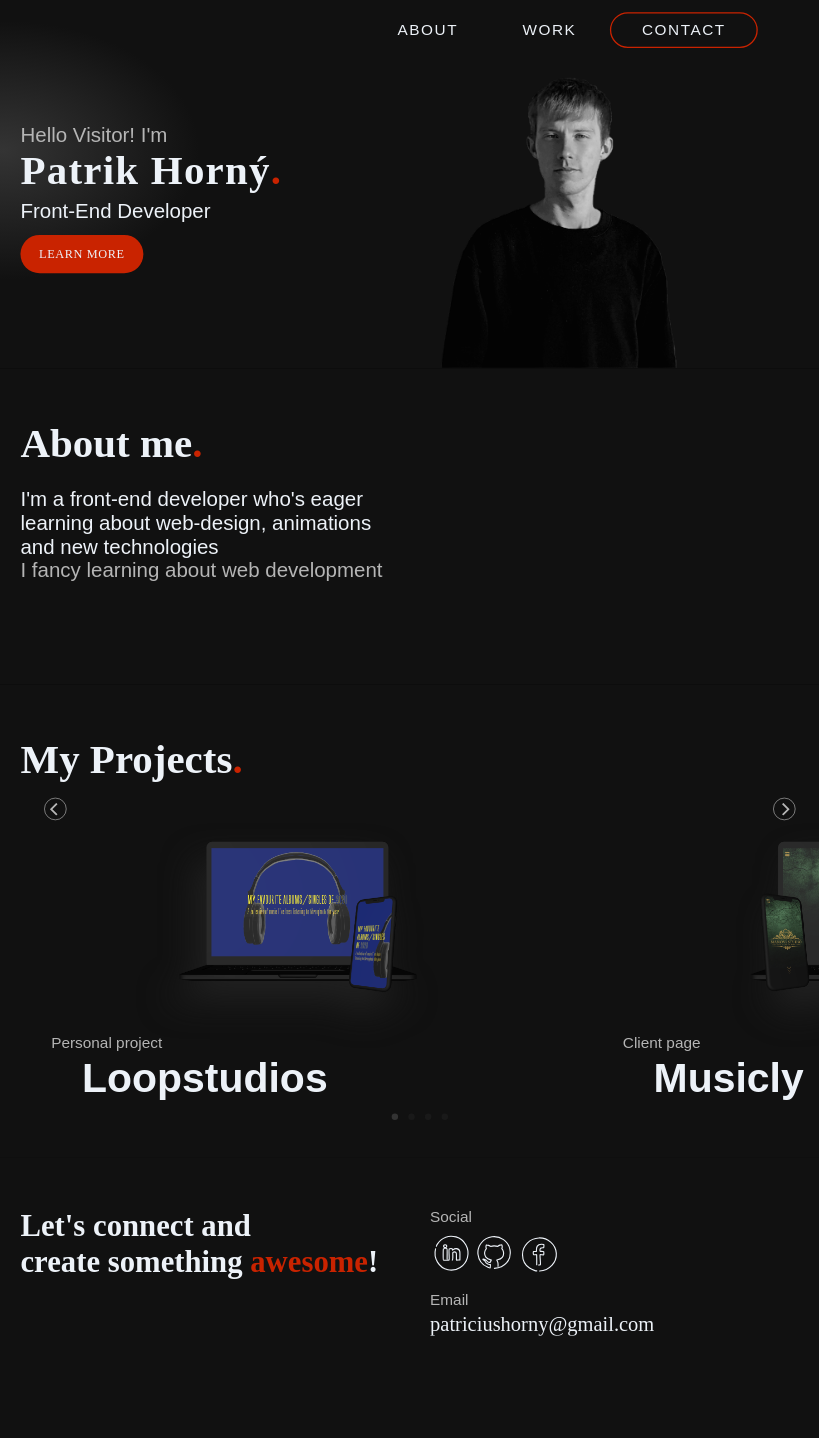
Repository: Spreceriany/portfolio
Page: index.html
An editor plug-in stored every save of this project. The page is shown before and after the next save, followed by the edit.
The browser window is 1280 px wide. The pictures show the whole page, at 64% of full size.
Some web fonts or font styles are not loaded; a fallback is used. The style sheet was rebuilt from its Sass, Less or Tailwind sources for each picture, by a compiler version that may differ from the author's.

Above is the page before, as saved 2021-03-11 15:48:25.

After the next save:
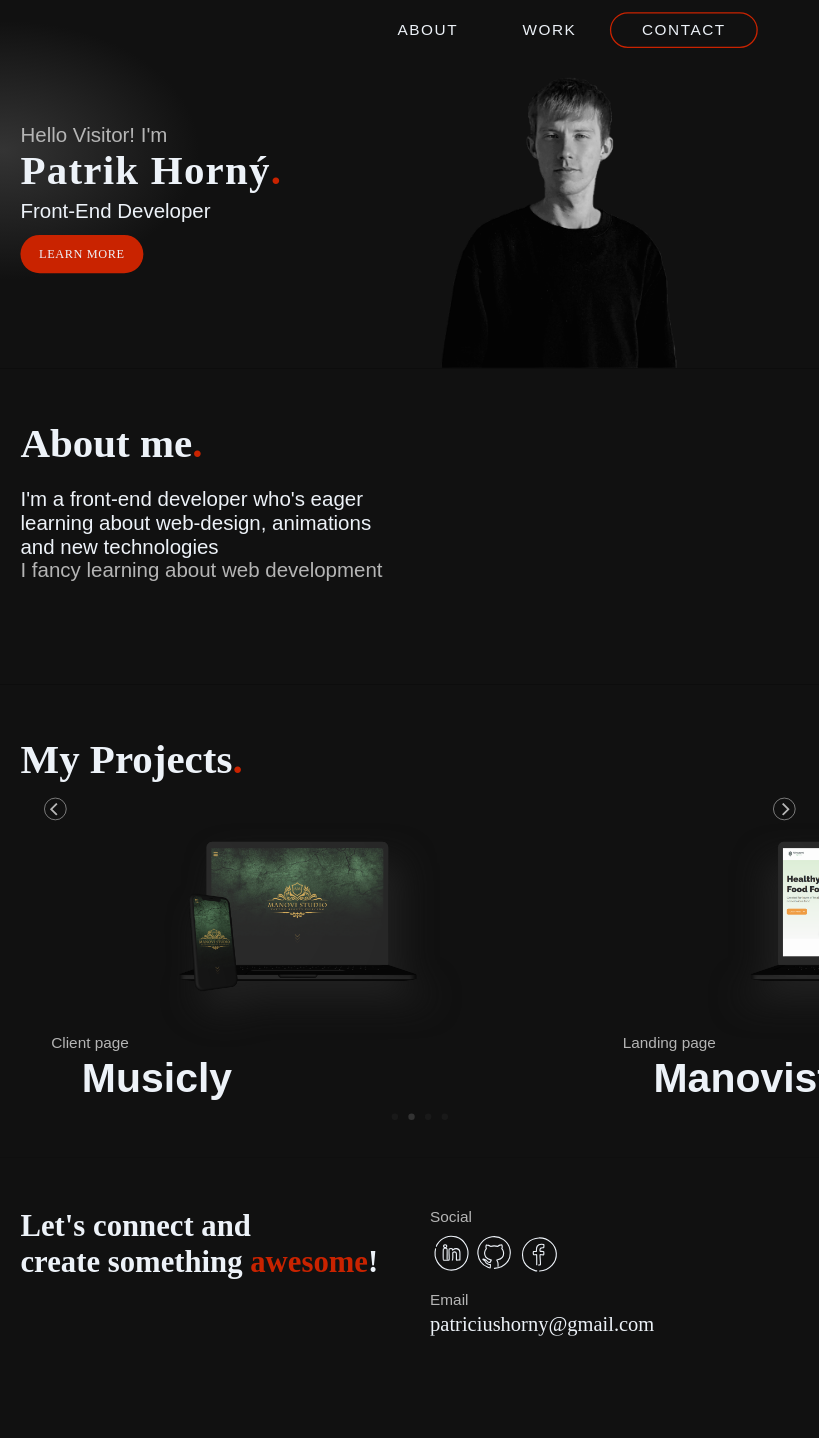
Saved 20 s later.
--- a/js/script.js
+++ b/js/script.js
@@ -7,5 +7,5 @@
   cellAlign: "left",
   contain: true,
   wrapAround:true,
- autoplay:4000
+ autoPlay:4000
 });

After the save that followed:
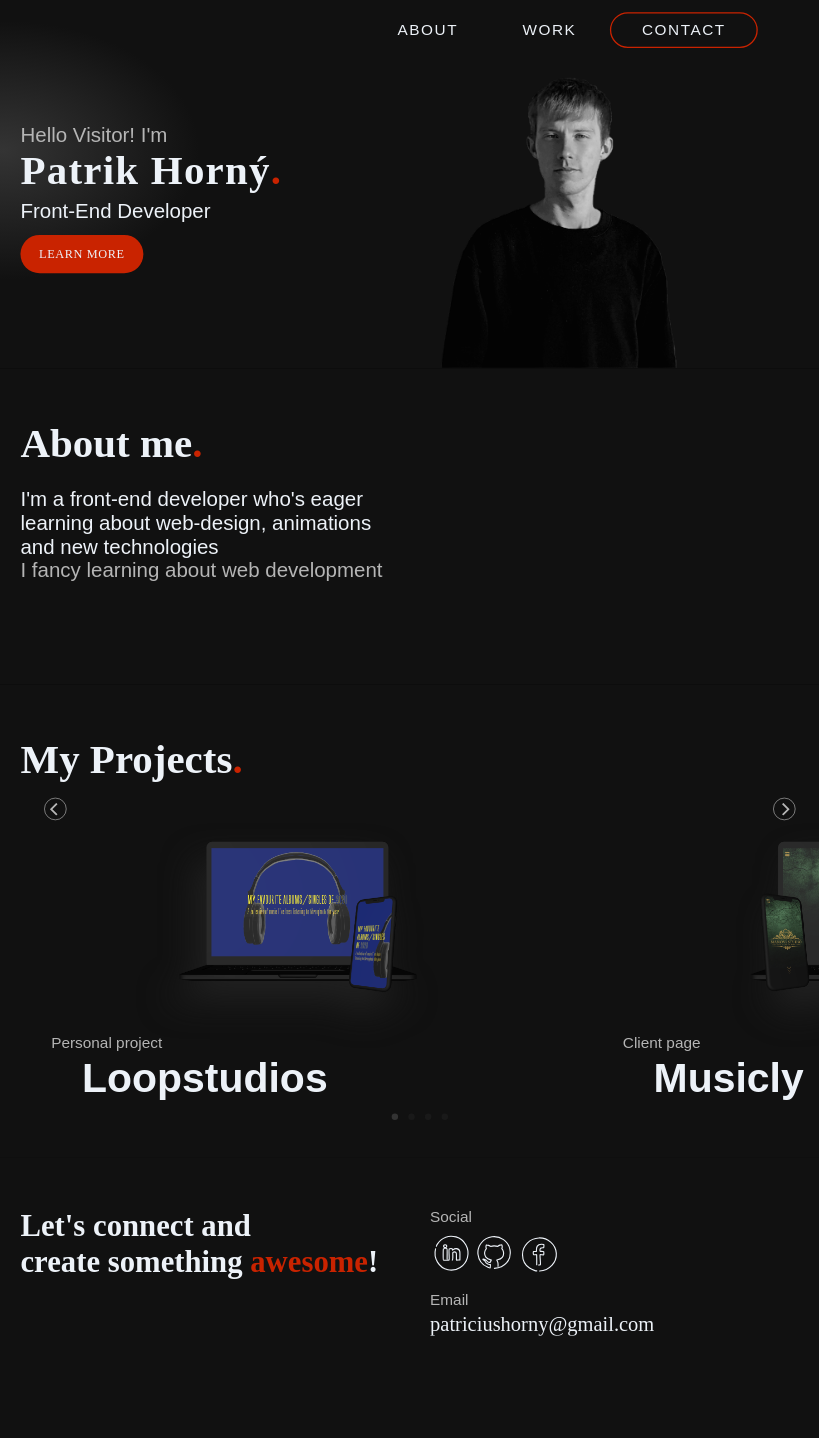
Saved 21 s later.
--- a/js/script.js
+++ b/js/script.js
@@ -7,5 +7,5 @@
   cellAlign: "left",
   contain: true,
   wrapAround:true,
- autoPlay:4000
+ autoPlay:7000
 });
